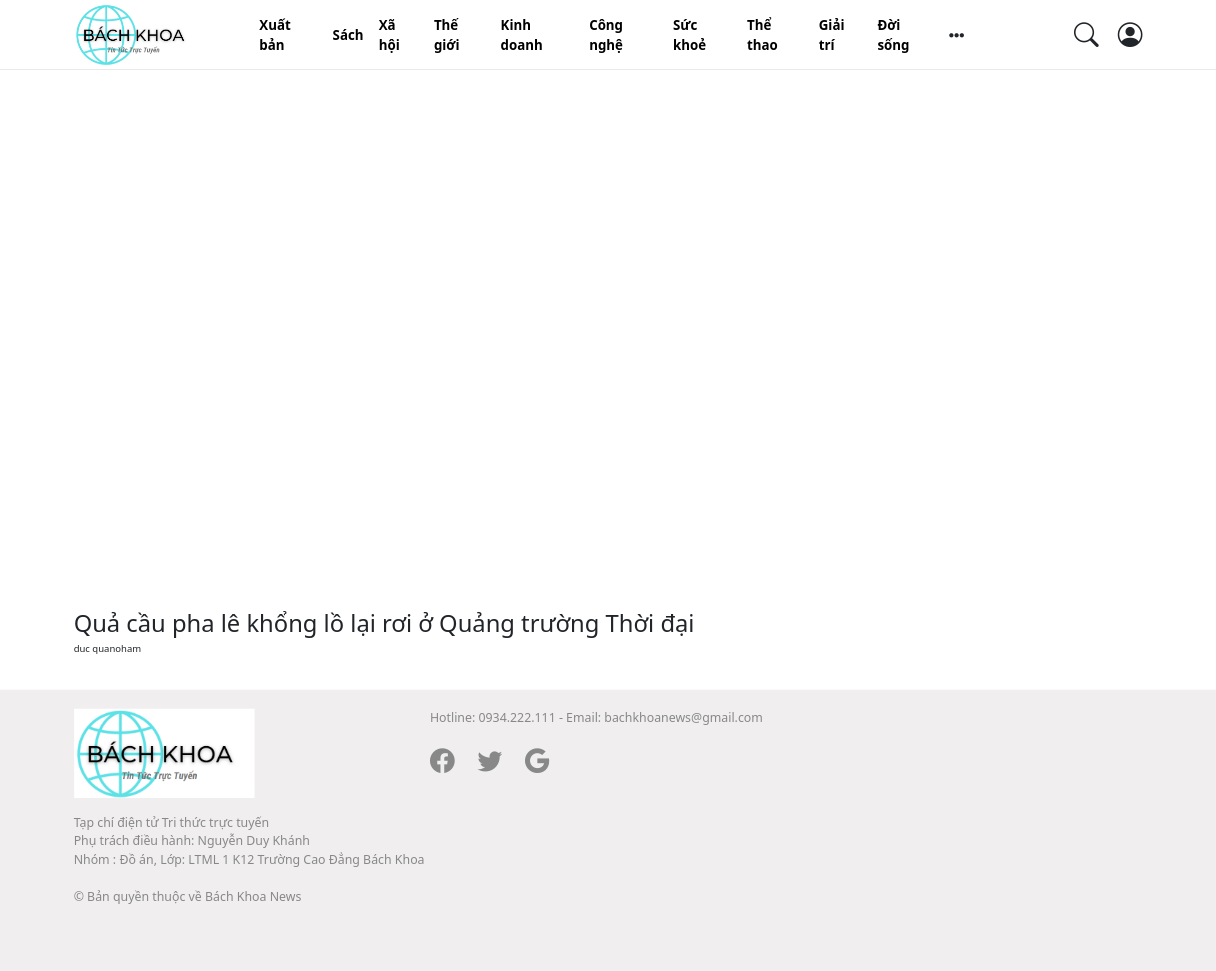
Repository: khanh2324/Java_Web
Page: WebContent/home-new/index.html
An editor plug-in stored every save of this project. The page is shown before and after the next save, followed by the edit.
The browser window is 1280 px wide. The pictures show the whole page, at 95% of full size.
Pictures or frames that could not be fetched are drawn as grey boxes. Some web libraries are served in a nearby version.

Above is the page before, as saved 2022-01-01 15:48:04.

### WebContent/home-new/index.html
<!DOCTYPE html>
<html lang="en">
<head>
    <meta charset="UTF-8">
    <meta http-equiv="X-UA-Compatible" content="IE=edge">
    <meta name="viewport" content="width=device-width, initial-scale=1.0">
    <title>Bách Khoa News</title>
    <!-- Icon Boostrap -->
    <link rel="stylesheet" href="https://cdn.jsdelivr.net/npm/bootstrap-icons@1.3.0/font/bootstrap-icons.css">
    <!-- Link Font -->
    <link href="https://fonts.googleapis.com/css2?family=Roboto:ital,wght@0,100;0,300;0,400;0,500;0,700;0,900;1,100;1,300;1,400;1,500;1,700;1,900&display=swap" rel="stylesheet">

    <!-- OWL -->
    <link rel="stylesheet" href="./css/owl.carousel.min.css">
    <link rel="stylesheet" href="./css/owl.theme.default.min.css">

    <!--Font Awesome -->
    <link rel="stylesheet" href="https://cdnjs.cloudflare.com/ajax/libs/font-awesome/5.15.4/css/all.min.css" integrity="sha512-1ycn6IcaQQ40/MKBW2W4Rhis/DbILU74C1vSrLJxCq57o941Ym01SwNsOMqvEBFlcgUa6xLiPY/NS5R+E6ztJQ==" crossorigin="anonymous" referrerpolicy="no-referrer" />
    <!-- CSS-->
    <link rel="stylesheet" href="./css/bootstrap.css">
    <link rel="stylesheet" href="./css/shared.css">
    <link rel="stylesheet" href="./css/style.css">
    <link rel="stylesheet" href="./css/responsive.css">
</head>
<body>
    <div class="main">
        <!-- Header -->
        <div class="header navbar navbar-expand-lg navbar-light fixed-top d-flex">
            <div class="container">

                <div class="col-lg-2 col-10 header-logo">
                    <a class="header-logo_link" href="#">
                        <div class="header-logo_img"></div>
                    </a>
                </div>

                <div class="col-lg-8 header-nav d-flex">
                    <ul class="header-nav_list d-lg-flex d-none">
                        <li class="header-nav_item">
                            <a href="" class="header-nav_link">Xuất bản</a>
                        </li>
                        <li class="header-nav_item">
                            <a href="" class="header-nav_link">Sách</a>
                        </li>
                        <li class="header-nav_item">
                            <a href="" class="header-nav_link">Xã hội</a>
                        </li>
                        <li class="header-nav_item">
                            <a href="" class="header-nav_link">Thế giới</a>
                        </li>
                        <li class="header-nav_item">
                            <a href="" class="header-nav_link">Kinh doanh</a>
                        </li>
                        <li class="header-nav_item">
                            <a href="" class="header-nav_link">Công nghệ</a>
                        </li>
                        <li class="header-nav_item">
                            <a href="" class="header-nav_link">Sức khoẻ</a>
                        </li>
                        <li class="header-nav_item">
                            <a href="" class="header-nav_link">Thể thao</a>
                        </li>
                        <li class="header-nav_item">
                            <a href="" class="header-nav_link">Giải trí</a>
                        </li>
                        <li class="header-nav_item">
                            <a href="" class="header-nav_link">Đời sống</a>
                        </li>
                    </ul>

                    <div class="header-nav_btn">
                        <i class="fas fa-ellipsis-h"></i>
                    </div>
                </div>

                <div class="col-lg-2">
                    <div class="d-flex justify-content-end">
                        <div class="header-search">
                            <i class="bi bi-search"></i>
                        </div>

                        <div class="header-user">
                            <i class="bi bi-person-circle"></i>

                            <div class="user-options d-none">
                                <ul class="user-options_list">
                                    <li class="user-options_item">
                                        <a href="" class="user-options_link">Đăng ký</a>
                                    </li>
                                    <li class="user-options_item">
                                        <a href="" class="user-options_link">Đăng nhập</a>
                                    </li>
                                </ul>
                            </div>
                        </div>


                    </div>

                </div>
            </div>

        </div>

        <!-- Sub Nav -->
        <div class="header-subnav navbar navbar-expand-lg navbar-light fixed-top d-none">
            <div class="container flex-wrap">
                <div class="col-lg-2 header-subnav_wrap">
                    <div class="header-subnav_title">Xã Hội</div>
                    <ul class="header-subnav_list">
                        <li class="header-subnav_item">
                            <a href="" class="header-subnav_link">Chính trị</a>
                        </li>
                        <li class="header-subnav_item">
                            <a href="" class="header-subnav_link">Nhân sự mới</a>
                        </li>
                        <li class="header-subnav_item">
                            <a href="" class="header-subnav_link">Đô thị</a>
                        </li>
                        <li class="header-subnav_item">
                            <a href="" class="header-subnav_link">Giao thông</a>
                        </li>
                        <li class="header-subnav_item">
                            <a href="" class="header-subnav_link">Saigon Metro</a>
                        </li>
                        <li class="header-subnav_item">
                            <a href="" class="header-subnav_link">Sáng kiến chống dịch</a>
                        </li>
                    </ul>
                </div>

                <div class="col-lg-2 header-subnav_wrap">
                    <div class="header-subnav_title">Xã Hội</div>
                    <ul class="header-subnav_list">
                        <li class="header-subnav_item">
                            <a href="" class="header-subnav_link">Chính trị</a>
                        </li>
                        <li class="header-subnav_item">
                            <a href="" class="header-subnav_link">Nhân sự mới</a>
                        </li>
                        <li class="header-subnav_item">
                            <a href="" class="header-subnav_link">Đô thị</a>
                        </li>
                        <li class="header-subnav_item">
                            <a href="" class="header-subnav_link">Giao thông</a>
                        </li>
                        <li class="header-subnav_item">
                            <a href="" class="header-subnav_link">Saigon Metro</a>
                        </li>
                        <li class="header-subnav_item">
                            <a href="" class="header-subnav_link">Sáng kiến chống dịch</a>
                        </li>
                    </ul>
                </div>

                <div class="col-lg-2 header-subnav_wrap">
                    <div class="header-subnav_title">Xã Hội</div>
                    <ul class="header-subnav_list">
                        <li class="header-subnav_item">
                            <a href="" class="header-subnav_link">Chính trị</a>
                        </li>
                        <li class="header-subnav_item">
                            <a href="" class="header-subnav_link">Nhân sự mới</a>
                        </li>
                        <li class="header-subnav_item">
                            <a href="" class="header-subnav_link">Đô thị</a>
                        </li>
                        <li class="header-subnav_item">
                            <a href="" class="header-subnav_link">Giao thông</a>
                        </li>
                        <li class="header-subnav_item">
                            <a href="" class="header-subnav_link">Saigon Metro</a>
                        </li>
                        <li class="header-subnav_item">
                            <a href="" class="header-subnav_link">Sáng kiến chống dịch</a>
                        </li>
                    </ul>
                </div>

                <div class="col-lg-2 header-subnav_wrap">
                    <div class="header-subnav_title">Xã Hội</div>
                    <ul class="header-subnav_list">
                        <li class="header-subnav_item">
                            <a href="" class="header-subnav_link">Chính trị</a>
                        </li>
                        <li class="header-subnav_item">
                            <a href="" class="header-subnav_link">Nhân sự mới</a>
                        </li>
                        <li class="header-subnav_item">
                            <a href="" class="header-subnav_link">Đô thị</a>
                        </li>
                        <li class="header-subnav_item">
                            <a href="" class="header-subnav_link">Giao thông</a>
                        </li>
                        <li class="header-subnav_item">
                            <a href="" class="header-subnav_link">Saigon Metro</a>
                        </li>
                        <li class="header-subnav_item">
                            <a href="" class="header-subnav_link">Sáng kiến chống dịch</a>
                        </li>
                    </ul>
                </div>

                <div class="col-lg-2 header-subnav_wrap">
                    <div class="header-subnav_title">Xã Hội</div>
                    <ul class="header-subnav_list">
                        <li class="header-subnav_item">
                            <a href="" class="header-subnav_link">Chính trị</a>
                        </li>
                        <li class="header-subnav_item">
                            <a href="" class="header-subnav_link">Nhân sự mới</a>
                        </li>
                        <li class="header-subnav_item">
                            <a href="" class="header-subnav_link">Đô thị</a>
                        </li>
                        <li class="header-subnav_item">
                            <a href="" class="header-subnav_link">Giao thông</a>
                        </li>
                        <li class="header-subnav_item">
                            <a href="" class="header-subnav_link">Saigon Metro</a>
                        </li>
                        <li class="header-subnav_item">
                            <a href="" class="header-subnav_link">Sáng kiến chống dịch</a>
                        </li>
                    </ul>
                </div>

                <div class="col-lg-2 header-subnav_wrap">
                    <div class="header-subnav_title">Xã Hội</div>
                    <ul class="header-subnav_list">
                        <li class="header-subnav_item">
                            <a href="" class="header-subnav_link">Chính trị</a>
                        </li>
                        <li class="header-subnav_item">
                            <a href="" class="header-subnav_link">Nhân sự mới</a>
                        </li>
                        <li class="header-subnav_item">
                            <a href="" class="header-subnav_link">Đô thị</a>
                        </li>
                        <li class="header-subnav_item">
                            <a href="" class="header-subnav_link">Giao thông</a>
                        </li>
                        <li class="header-subnav_item">
                            <a href="" class="header-subnav_link">Saigon Metro</a>
                        </li>
                        <li class="header-subnav_item">
                            <a href="" class="header-subnav_link">Sáng kiến chống dịch</a>
                        </li>
                    </ul>
                </div>

                <div class="col-lg-2 header-subnav_wrap">
                    <div class="header-subnav_title">Xã Hội</div>
                    <ul class="header-subnav_list">
                        <li class="header-subnav_item">
                            <a href="" class="header-subnav_link">Chính trị</a>
                        </li>
                        <li class="header-subnav_item">
                            <a href="" class="header-subnav_link">Nhân sự mới</a>
                        </li>
                        <li class="header-subnav_item">
                            <a href="" class="header-subnav_link">Đô thị</a>
                        </li>
                        <li class="header-subnav_item">
                            <a href="" class="header-subnav_link">Giao thông</a>
                        </li>
                        <li class="header-subnav_item">
                            <a href="" class="header-subnav_link">Saigon Metro</a>
                        </li>
                        <li class="header-subnav_item">
                            <a href="" class="header-subnav_link">Sáng kiến chống dịch</a>
                        </li>
                    </ul>
                </div>

                <div class="col-lg-2 header-subnav_wrap">
                    <div class="header-subnav_title">Xã Hội</div>
                    <ul class="header-subnav_list">
                        <li class="header-subnav_item">
                            <a href="" class="header-subnav_link">Chính trị</a>
                        </li>
                        <li class="header-subnav_item">
                            <a href="" class="header-subnav_link">Nhân sự mới</a>
                        </li>
                        <li class="header-subnav_item">
                            <a href="" class="header-subnav_link">Đô thị</a>
                        </li>
                        <li class="header-subnav_item">
                            <a href="" class="header-subnav_link">Giao thông</a>
                        </li>
                        <li class="header-subnav_item">
                            <a href="" class="header-subnav_link">Saigon Metro</a>
                        </li>
                        <li class="header-subnav_item">
                            <a href="" class="header-subnav_link">Sáng kiến chống dịch</a>
                        </li>
                    </ul>
                </div>

                <div class="col-lg-2 header-subnav_wrap">
                    <div class="header-subnav_title">Xã Hội</div>
                    <ul class="header-subnav_list">
                        <li class="header-subnav_item">
                            <a href="" class="header-subnav_link">Chính trị</a>
                        </li>
                        <li class="header-subnav_item">
                            <a href="" class="header-subnav_link">Nhân sự mới</a>
                        </li>
                        <li class="header-subnav_item">
                            <a href="" class="header-subnav_link">Đô thị</a>
                        </li>
                        <li class="header-subnav_item">
                            <a href="" class="header-subnav_link">Giao thông</a>
                        </li>
                        <li class="header-subnav_item">
                            <a href="" class="header-subnav_link">Saigon Metro</a>
                        </li>
                        <li class="header-subnav_item">
                            <a href="" class="header-subnav_link">Sáng kiến chống dịch</a>
                        </li>
                    </ul>
                </div>

                <div class="col-lg-2 header-subnav_wrap">
                    <div class="header-subnav_title">Xã Hội</div>
                    <ul class="header-subnav_list">
                        <li class="header-subnav_item">
                            <a href="" class="header-subnav_link">Chính trị</a>
                        </li>
                        <li class="header-subnav_item">
                            <a href="" class="header-subnav_link">Nhân sự mới</a>
                        </li>
                        <li class="header-subnav_item">
                            <a href="" class="header-subnav_link">Đô thị</a>
                        </li>
                        <li class="header-subnav_item">
                            <a href="" class="header-subnav_link">Giao thông</a>
                        </li>
                        <li class="header-subnav_item">
                            <a href="" class="header-subnav_link">Saigon Metro</a>
                        </li>
                        <li class="header-subnav_item">
                            <a href="" class="header-subnav_link">Sáng kiến chống dịch</a>
                        </li>
                    </ul>
                </div>

                <div class="col-lg-2 header-subnav_wrap">
                    <div class="header-subnav_title">Xã Hội</div>
                    <ul class="header-subnav_list">
                        <li class="header-subnav_item">
                            <a href="" class="header-subnav_link">Chính trị</a>
                        </li>
                        <li class="header-subnav_item">
                            <a href="" class="header-subnav_link">Nhân sự mới</a>
                        </li>
                        <li class="header-subnav_item">
                            <a href="" class="header-subnav_link">Đô thị</a>
                        </li>
                        <li class="header-subnav_item">
                            <a href="" class="header-subnav_link">Giao thông</a>
                        </li>
                        <li class="header-subnav_item">
                            <a href="" class="header-subnav_link">Saigon Metro</a>
                        </li>
                        <li class="header-subnav_item">
                            <a href="" class="header-subnav_link">Sáng kiến chống dịch</a>
                        </li>
                    </ul>
                </div>

                <div class="col-lg-2 header-subnav_wrap">
                    <div class="header-subnav_title">Xã Hội</div>
                    <ul class="header-subnav_list">
                        <li class="header-subnav_item">
                            <a href="" class="header-subnav_link">Chính trị</a>
                        </li>
                        <li class="header-subnav_item">
                            <a href="" class="header-subnav_link">Nhân sự mới</a>
                        </li>
                        <li class="header-subnav_item">
                            <a href="" class="header-subnav_link">Đô thị</a>
                        </li>
                        <li class="header-subnav_item">
                            <a href="" class="header-subnav_link">Giao thông</a>
                        </li>
                        <li class="header-subnav_item">
                            <a href="" class="header-subnav_link">Saigon Metro</a>
                        </li>
                        <li class="header-subnav_item">
                            <a href="" class="header-subnav_link">Sáng kiến chống dịch</a>
                        </li>
                    </ul>
                </div>


            </div>
        </div>
        <!-- Content -->
        <div class="content category">
            <div class="container">
                <h1 class="title">Quả cầu pha lê khổng lồ lại rơi ở Quảng trường Thời đại</h1>
                <span>duc quanoham</span>
                <div class="content-hot d-flex mt-xxl-5">

                </div>
            </div>
        </div>
        <div class="footer">
            <div class="container">
                <div class="footer-wrap d-flex justify-content-start flex-wrap">
                    <div class="col-lg-4 col-6">
                        <div class="footer-logo"></div>
                        <div class="footer-content">
                            <span>Tạp chí điện tử Tri thức trực tuyến</span><br>
                            <span>Phụ trách điều hành: Nguyễn Duy Khánh</span><br>
                            <span>Nhóm : Đồ án, Lớp: LTML 1 K12 Trường Cao Đẳng Bách Khoa</span> <br><br>
                            <span>&copy; Bản quyền thuộc về Bách Khoa News</span>
                        </div>
                    </div>

                    <div class="col-lg-4 col-6">
                        <div class="footer-contact">
                            <div>
                                Hotline: 0934.222.111 - Email: bachkhoanews@gmail.com
                            </div>
                            <div class="footer-social d-flex">
                                <a href=""><i class="bi bi-facebook"></i></a>
                                <a href=""><i class="bi bi-twitter"></i></a>
                                <a href=""><i class="bi bi-google"></i></a>
                            </div>
                        </div>
                    </div>

                    <div class="col-lg-4 col-12">
                        <iframe src="https://www.facebook.com/plugins/page.php?href=https%3A%2F%2Fwww.facebook.com%2FB%25C3%25A1ch-Khoa-News-101628475737965%2F%3Fref%3Dpages_you_manage&tabs=timeline&width=324&height=250&small_header=true&adapt_container_width=true&hide_cover=false&show_facepile=true&appId" width="324" height="250" style="border:none;overflow:hidden" scrolling="no" frameborder="0" allowfullscreen="true" allow="autoplay; clipboard-write; encrypted-media; picture-in-picture; web-share"></iframe>
                    </div>
                </div>
            </div>
        </div>
    </div>

    <script type="text/javascript" src="http://ajax.googleapis.com/ajax/libs/jquery/2.1.3/jquery.min.js"> </script>
    <script src="./js/owl.carousel.min.js"></script>
    <script>

        $(document).ready(function(){
            $('.owl-carousel').owlCarousel({
                loop: false,
                margin:10,
                nav: true,
                dots: false,
                slideBy: 5,
                rewind: false,
                responsive:{
                    0:{
                        items:1
                    },
                    600:{
                        items:3
                    },
                    1000:{
                        items:5
                    }
                }
            })

            // Sub nav
            $('.header-nav_btn').click(function() {
                var SubNavNone = $('.header-subnav').hasClass('d-none');
                if (SubNavNone) {
                    $('.header-subnav').removeClass('d-none');
                }
                else {
                    $('.header-subnav').addClass("d-none");
                }
            })

            $('.header-user').click(function() {
                var UserNone = $('.user-options').hasClass('d-none');
                if (UserNone) {
                    $('.user-options').removeClass('d-none');
                }
                else {
                    $('.user-options').addClass("d-none");
                }
            })
        });




    </script>
</body>
</html>

### WebContent/home-new/css/shared.css
* {
  padding: 0;
  margin: 0;
  box-sizing: inherit;
}

html {
  font-size: 62.5%;
  line-height: 1.6rem;
  font-family: "Roboto", sans-serif;
  box-sizing: border-box;
  scroll-behavior: smooth;
  background-color: var(--white-color);
}

:root {
  --white-color: #fff;
  --black-color: #000;
  --primary-color: #ffcb3e;
  --background-color: #f2f2f2;
  --footer-color: #434343;

  --header-height: 74px;
}

a:hover {
  color: var(--black-color);
  text-decoration: none;
}

a {
  text-decoration: none;
  color: var(--black-color);
}

img {
  cursor: pointer;
  width: 100%;
}

#news-title:hover {
  color: #006ba0;
}
.layout-container {
  max-width: 920px;
  padding-left: 40px;
  padding-right: 40px;
  display: block;
  margin: 0 auto;
}
.category {
  padding-top: 50%;
}

Loaded but not shown: WebContent/home-new/css/owl.carousel.min.css (library); WebContent/home-new/css/owl.theme.default.min.css (common file); WebContent/home-new/css/bootstrap.css (library); WebContent/home-new/js/owl.carousel.min.js (library); WebContent/home-new/css/style.css (166 lines, source omitted); WebContent/home-new/css/responsive.css (23 lines, source omitted)

After the next save:
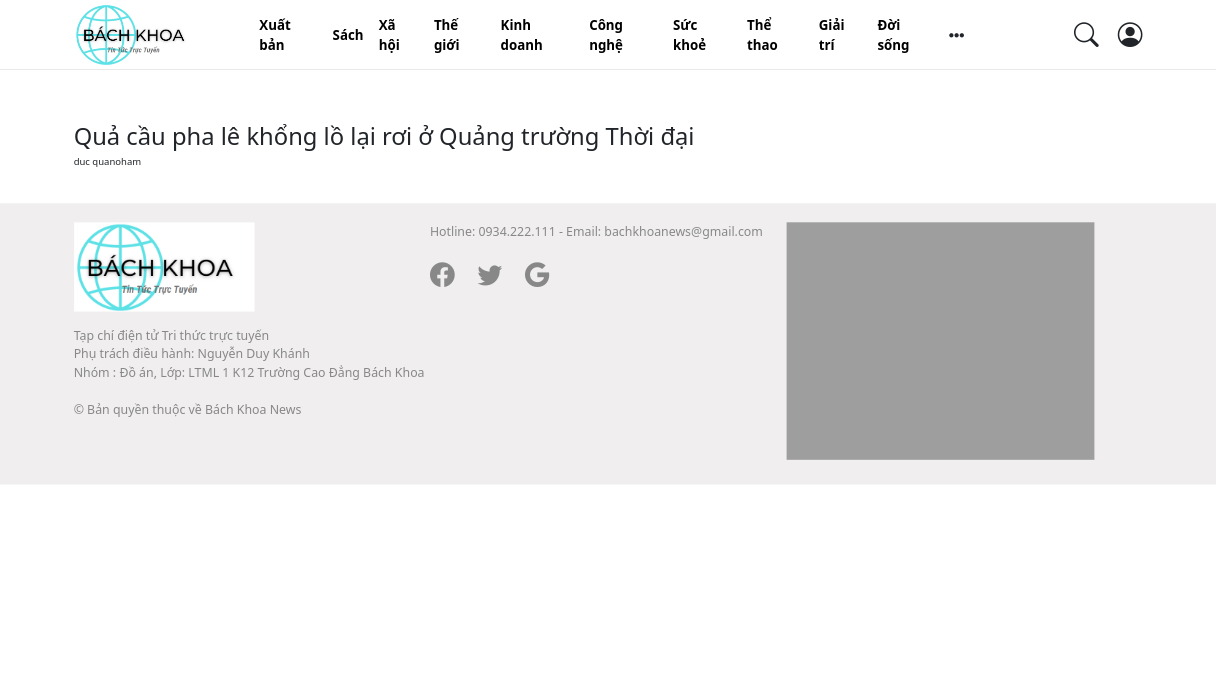
Saved 8 s later.
--- a/WebContent/home-new/css/shared.css
+++ b/WebContent/home-new/css/shared.css
@@ -49,5 +49,5 @@ img {
   margin: 0 auto;
 }
 .category {
-  padding-top: 50%;
+  padding-top: 10%;
 }
